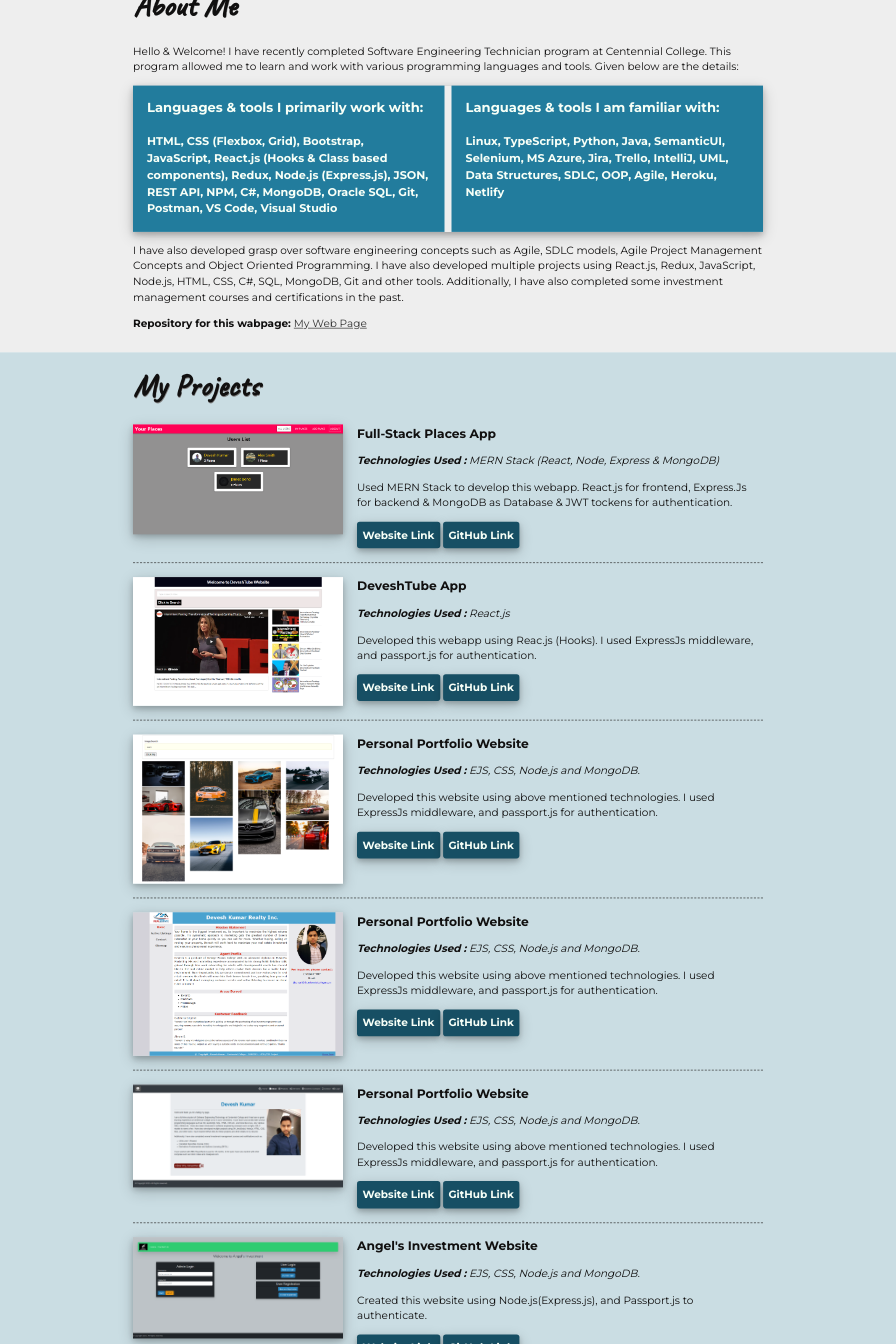
Repository: My-Web-Page/MyWebPage
Page: index.html
These files come from the project's save history. The page is drawn as it stood at one moment and after the next save; the edit follows.
The browser window is 1280 px wide. The pictures show the part of the page from y = 615 to 2535 px (the page is 4796 px tall), at 70% of full size.
Some web libraries are served in a nearby version.

Above is the page before, as saved 2021-09-06 23:28:43.

### index.html
<!DOCTYPE html>
<html lang="en">

<head>
    <meta charset="UTF-8">
    <meta name="viewport" content="width=device-width, initial-scale=1.0">
    <link href="./assets/images/favicon.ico" rel="icon" type="image/x-icon" />

    <title> Devesh Kumar : Full-Stack Developer</title>
    <link rel="preconnect" href="https://fonts.gstatic.com">
    <link href="https://fonts.googleapis.com/css2?family=Caveat&family=Montserrat:wght@400;700&display=swap" rel="stylesheet">
    <link rel="stylesheet" href="https://pro.fontawesome.com/releases/v5.10.0/css/all.css" integrity="sha384-AYmEC3Yw5cVb3ZcuHtOA93w35dYTsvhLPVnYs9eStHfGJvOvKxVfELGroGkvsg+p" crossorigin="anonymous" />

    <link rel="stylesheet" href="style.css">
</head>

<body>
    <main>
        <!-- ***********************  ABOUT / PROFILE  *********************** -->
        <header>
            <div class="container">
                <h1>Devesh Kumar</h1>
                <h2>Software Developer</h2>
            </div>
        </header>

        <nav id="navbar">
            <ul class="nav-ul">
                <li>
                    <a href="#about-me"><i class="fas fa-info-circle"></i>About Me</a>
                </li>
                <li>
                    <a href="#projects"><i class="fab fa-elementor"></i>Projects</a>
                </li>
                <li>
                    <a href="#education"><i class="fas fa-graduation-cap"></i>Education</a>
                </li>
                <li>
                    <a href="#work-experience"><i class="fas fa-briefcase"></i>Work Experience</a>
                </li>
                <li>
                    <a href="#contact"><i class="fas fa-mobile-alt"></i>Contact Me</a>
                </li>
            </ul>
        </nav>

        <!-- *********************About Me***********************  -->
        <section id="about-me">
            <div class="container">
                <h2>About Me</h2>
                <p>Hello & Welcome! I have recently completed Software Engineering Technician program at Centennial College. This program allowed me to learn and work with various programming languages and tools. Given below are the details: </p>
                <div class="grid-container">
                    <div class="grid-item">
                        <h3>Languages & tools I primarily work with:</h3>
                        <h4> HTML, CSS (Flexbox, Grid), Bootstrap, JavaScript, React.js (Hooks & Class based components), Redux, Node.js (Express.js), JSON, REST API, NPM, C#, MongoDB, Oracle SQL, Git, Postman, VS Code, Visual Studio
                            </p>
                    </div>

                    <div class="grid-item">
                        <h3>Languages & tools I am familiar with:</h3>
                        <h4>Linux, TypeScript, Python, Java, SemanticUI, Selenium, MS Azure, Jira, Trello, IntelliJ, UML, Data Structures, SDLC, OOP, Agile, Heroku, Netlify
                            </p>
                    </div>
                </div>
                <p>I have also developed grasp over software engineering concepts such as Agile, SDLC models, Agile Project Management Concepts and Object Oriented Programming. I have also developed multiple projects using React.js, Redux, JavaScript, Node.js,
                    HTML, CSS, C#, SQL, MongoDB, Git and other tools. Additionally, I have also completed some investment management courses and certifications in the past.
                </p>

                <p><strong>Repository for this wabpage: </strong><a id="my-page-repo" target="_blank" href="https://github.com/portretrieve/MyWebPage">My Web Page</a></p>

            </div>
        </section>

        <!-- *********************Pop-Ups***********************  -->
        <section class="popup-wrapper" id="popup">
            <div class="container">
                <img id="popup-img" alt="finalproject popup">
            </div>
        </section>
        <!-- ********************  PROJECTS / PORTFOLIO  ********************* -->
        <section id="projects" class="projects">
            <div class="container divider">
                <h2>My Projects</h2>


                <!-- Project a -->
                <section class="project-item clearfix">
                    <img class="project-image" src="./assets/images/Places.png" alt="Full-Stack Places App">
                    <h3>Full-Stack Places App</h3>
                    <p> <strong>Technologies Used :</strong> MERN Stack (React, Node, Express & MongoDB)
                    </p>
                    <p>Used MERN Stack to develop this webapp. React.js for frontend, Express.Js for backend & MongoDB as Database & JWT tockens for authentication.
                    </p>
                    <a class="btn" href="https://devesh-mern-app.herokuapp.com/" target="_blank">Website Link</a>
                    <a class="btn" href="https://github.com/portretrieve/Full-stack-mern-forntend-backend-combined" target="_blank">GitHub Link</a>
                </section>
                <!-- Project b -->
                <section class="project-item clearfix">
                    <img class="project-image" src="./assets/images/deveshtube.png" alt="DeveshTube App">
                    <h3>DeveshTube App</h3>
                    <p> <strong>Technologies Used :</strong> React.js</p>
                    <p>Developed this webapp using Reac.js (Hooks). I used ExpressJs middleware, and passport.js for authentication.
                    </p>
                    <a class="btn" href="https://github.com/portretrieve/reactApp-DeveshTube-using-hooks" target="_blank">Website Link</a>
                    <a class="btn" href="https://blissful-pasteur-e62546.netlify.app/" target="_blank">GitHub Link</a>
                </section>

                <!-- Project c -->
                <section class="project-item clearfix">
                    <img class="project-image" src="./assets/images/pics.png" alt="Portfolio Assignment Using Node.js, Bootstrap, EJS and MongoDB">
                    <h3>Personal Portfolio Website</h3>
                    <p> <strong>Technologies Used :</strong> EJS, CSS, Node.js and MongoDB.</p>
                    <p>Developed this website using above mentioned technologies. I used ExpressJs middleware, and passport.js for authentication.
                    </p>
                    <a class="btn" href="https://comp229-asnmt2.herokuapp.com/home" target="_blank">Website Link</a>
                    <a class="btn" href="https://github.com/portretrieve/Assignment_2" target="_blank">GitHub Link</a>
                </section>
                <!-- Project d -->
                <section class="project-item clearfix">
                    <img class="project-image" src="./assets/images/realEstate.png" alt="Portfolio Assignment Using Node.js, Bootstrap, EJS and MongoDB">
                    <h3>Personal Portfolio Website</h3>
                    <p> <strong>Technologies Used :</strong> EJS, CSS, Node.js and MongoDB.</p>
                    <p>Developed this website using above mentioned technologies. I used ExpressJs middleware, and passport.js for authentication.
                    </p>
                    <a class="btn" href="https://comp229-asnmt2.herokuapp.com/home" target="_blank">Website Link</a>
                    <a class="btn" href="https://github.com/portretrieve/Assignment_2" target="_blank">GitHub Link</a>
                </section>
                <!-- Project 1 -->
                <section class="project-item clearfix">
                    <img class="project-image" src="./assets/images/assignment_2.png" alt="Portfolio Assignment Using Node.js, Bootstrap, EJS and MongoDB">
                    <h3>Personal Portfolio Website</h3>
                    <p> <strong>Technologies Used :</strong> EJS, CSS, Node.js and MongoDB.</p>
                    <p>Developed this website using above mentioned technologies. I used ExpressJs middleware, and passport.js for authentication.</p>
                    <a class="btn" href="https://comp229-asnmt2.herokuapp.com/home" target="_blank">Website Link</a>
                    <a class="btn" href="https://github.com/portretrieve/Assignment_2" target="_blank">GitHub Link</a>
                </section>

                <!-- Project 2 -->
                <section class="project-item clearfix">
                    <img class="project-image" src="./assets/images/final_project.png" alt="Final Project Using Node.js, Bootstrap, EJS and MongoDB">
                    <h3>Angel's Investment Website</h3>
                    <p> <strong>Technologies Used :</strong> EJS, CSS, Node.js and MongoDB.</p>
                    <p>Created this website using Node.js(Express.js), and Passport.js to authenticate.</p>
                    <a class="btn" href="https://angelinvestfinal.herokuapp.com/" target="_blank">Website Link</a>
                    <a class="btn" href="https://github.com/Angel-Investor/AngelInvestor-Web-App" target="_blank">GitHub
                        Link</a>
                </section>

                <!-- Project 3 -->
                <section class="project-item clearfix">
                    <img class="project-image" src="./assets/images/slot-machine.png" alt="Casino slot machine game using HTML, CSS, JavaScript, TypeScript and EaselJS">
                    <h3>Slot Machine Game</h3>
                    <p> <strong>Technologies Used :</strong> HTML, CSS, JavaScript, TypeScript and EaselJS.</p>
                    <a class="btn" href="https://portretrieve.github.io/COMP125-Assignment-4-CreateJS-Slot-Machine/" target="_blank">Website Link</a>
                    <a class="btn" href="https://github.com/portretrieve/COMP125-Assignment-4-CreateJS-Slot-Machine" target="_blank">GitHub Link</a>
                </section>

                <!-- Project 4 -->
                <section class="project-item clearfix">
                    <img class="project-image" src="./assets/images/restaurant_app.png" alt="Restaurant app using C# WPF MVVM">
                    <h3>Restaurant POS system app</h3>
                    <p> <strong>Technologies Used :</strong> C#, WPF and XAML.</p>
                    <p>Created the restaurant P.O.S app using C# and WPF.</p>
                    <a class="btn" href="https://github.com/portretrieve/Restaurant_app" target="_blank">GitHub Link</a>
                </section>
                <section>
                    <h3>Other Projects: </h3>
                    <p> <strong>Technologies Used :</strong> C#, WinForms, SQL, PL/SQL, Java, Python, Jira, Trello, Lucid Charts, MS Visio etc. </p>
                    <p>In addition to the projects above, I have also developed other projects using the languages and tools above. All of these projects can be found on my <span><a
                                href="https://github.com/portretrieve" target="_blank">GitHub Page</a>.</span></p>
                </section>
            </div>
        </section>

        <!-- ******************  EDUCATION & CERTIFICATIONS ****************** -->
        <section id="education" class="education">
            <div class="container item-details">

                <h2>Education</h2>

                <section>
                    <h3>Software Engineering Technician Diploma</h3>
                    <p>Centennial College, Toronto ON, 2020-2021</p>
                    <p>4 semesters full-time software engineering diploma program </p>
                </section>
                <section>
                    <h3>Chartered Financial Analyst – CFA Level 1 Passed</h3>
                    <p>CFA Institute, 2018</p>
                </section>
                <br>
                <section class="csc">
                    <h3>Canadian Securities Course (CSC)</h3>
                    <h3>Derivatives Fundamentals and Options Licensing (DFOL)</h3>
                    <p>Canadian Securities Institute, 2017-2019 </p>
                </section>
                <section>
                    <h3>Bachelor of Science</h3>
                    <p>M.J.P. Rohilkhand University India, 2003-2006</p>
                </section>
            </div>
        </section>

        <!-- ***********************  WORK EXPERIENCE  *********************** -->
        <section id="work-experience" class="work-experience">
            <div class="container item-details divider">
                <h2>Work Experience</h2>

                <!-- Job 1 -->
                <section class="job-item">
                    <div class="job-details">
                        <h3>Client Advisor</h3>
                        <p>RBC Royal Bank</p>
                        <p>Mar 2017 - Sep 2018</p>
                    </div>
                    <div class="job-summary">
                        <ul>
                            <li>Proactively engage with clients and deliver an outstanding service experience through completing transactions, and by identifying sales and referral opportunities.</li>
                            <li>Focus on education and demonstration, leverage technology to deliver a memorable client experience, drive sales and retain business.</li>
                            <li>Manage risks by adhering to compliance routines, processes, and controls to protect client and shareholder interests while completing transactions.</li>
                        </ul>

                    </div>
                </section>

                <!-- Job 2 -->
                <section class="job-item">

                    <div class="job-details">
                        <h3>Night Auditor</h3>
                        <p>DoubleTree by Hilton</p>
                        <p>Feb 2017 - Aug 2018</p>

                    </div>
                    <div class="job-summary">
                        <ul>
                            <li>Daily Reconciling of days transactions for all departments including front office, restaurant, lounge and banquets.</li>
                            <li>Responsible for cash float and receipt of customer payments via cash or credit card, balancing cash at shift end and generating the accounting reports.</li>
                            <li>Completing reservations, provide information, assistance to guests.</li>
                        </ul>
                    </div>

                </section>

                <!-- Job 3 -->
                <section class="job-item">
                    <div class="job-details">
                        <h3>Executive CCS (Outbound/Inbound Sales Representative)</h3>
                        <p>Fareportal.com (Cheapoair.com/Cheapoair.ca)</p>
                        <p>Dec 2008 – Aug 2013</p>
                    </div>
                    <div class="job-summary">
                        <ul>
                            <li>Making outbound calls and recieving inbound calls to sale travel products such as flight tickets, hotel reservations, car rentals and travel insurances etc.</li>
                            <li>Meeting sales and customer service targets by understanding client needs, offering first call resolution of issues, and actively promoting and selling products and services that meet your clients’ needs.</li>
                            <li>Preparing the sales reports and contacting clients whenever required to provide them with changes to the reservations and providing them additional assistance.</li>
                        </ul>
                    </div>
                </section>
                <a class="top-btn" href="#top">Page Top</a>

            </div>
        </section>


        <!-- *****************  CONTACT INFO / SOCIAL MEDIA  ***************** -->
        <footer>
            <div id="contact" class="container">
                <h2>Let's Stay in Touch!</h2>
                <!-- Social media and contact links. Add or remove any networks. -->
                <ul class="contact-list">
                    <li><a href="mailto:deveshkumar2107@hotmail.com"><i
                                class="fas fa-envelope"></i>&nbsp;deveshkumar2107@hotmail.com</a></li>
                    <li><a href="https://github.com/portretrieve" target="_blank"><i
                                class="fab fa-github"></i>&nbsp;GitHub</a></li>
                    <li><a href="https://www.linkedin.com/in/devesh-kumar-2aa03b64/" target="_blank"><i
                                class="fab fa-linkedin"></i>&nbsp;LinkedIn</a></li>
                </ul>
            </div>
        </footer>
    </main>
    <script src="./script.js"></script>
</body>

</html>

Loaded but not shown: script.js (18 lines, source omitted); style.css (418 lines, source omitted)

After the next save:
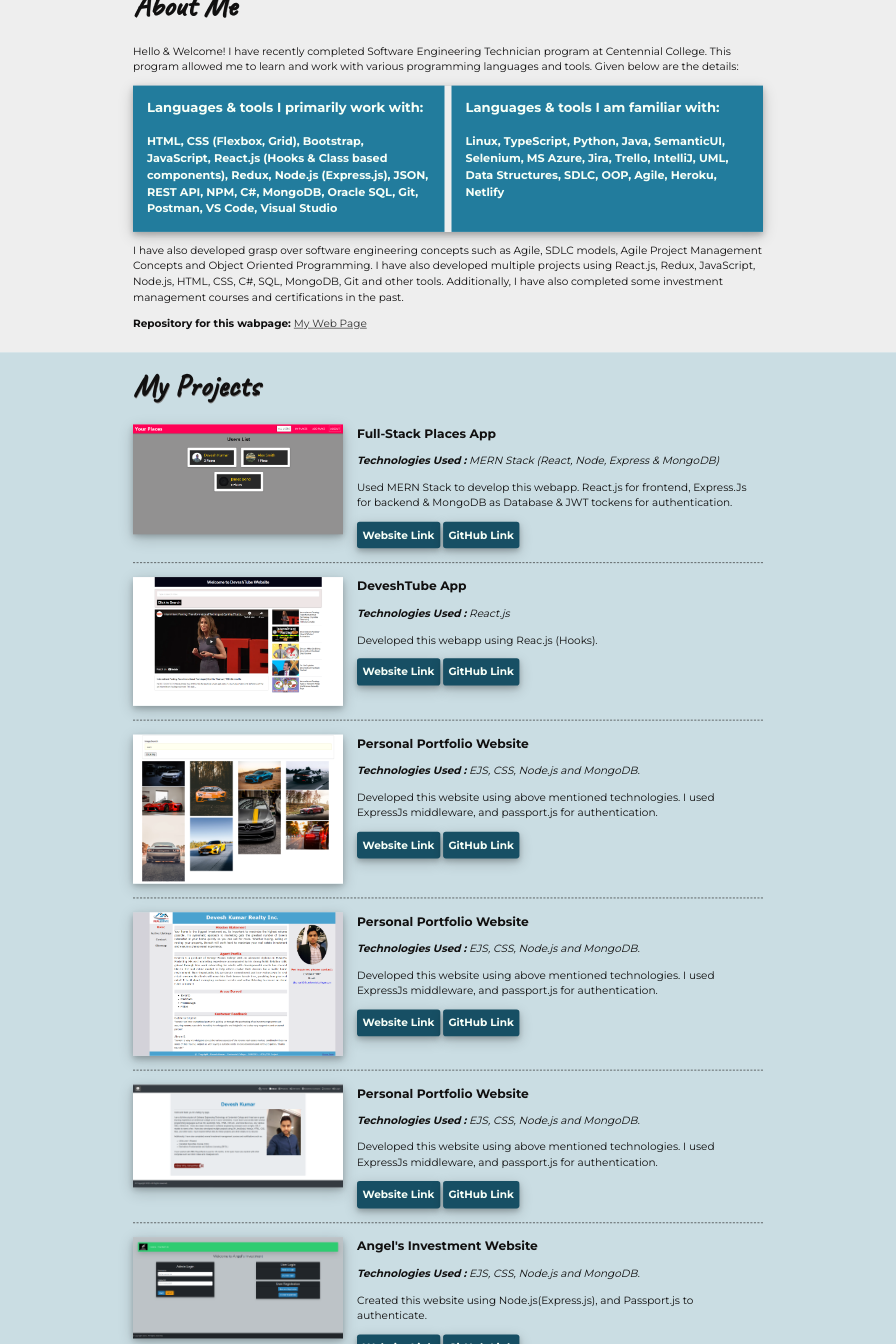
Saved 13 s later.
--- a/index.html
+++ b/index.html
@@ -99,8 +99,7 @@
                     <img class="project-image" src="./assets/images/deveshtube.png" alt="DeveshTube App">
                     <h3>DeveshTube App</h3>
                     <p> <strong>Technologies Used :</strong> React.js</p>
-                    <p>Developed this webapp using Reac.js (Hooks). I used ExpressJs middleware, and passport.js for authentication.
-                    </p>
+                    <p>Developed this webapp using Reac.js (Hooks).</p>
                     <a class="btn" href="https://github.com/portretrieve/reactApp-DeveshTube-using-hooks" target="_blank">Website Link</a>
                     <a class="btn" href="https://blissful-pasteur-e62546.netlify.app/" target="_blank">GitHub Link</a>
                 </section>
